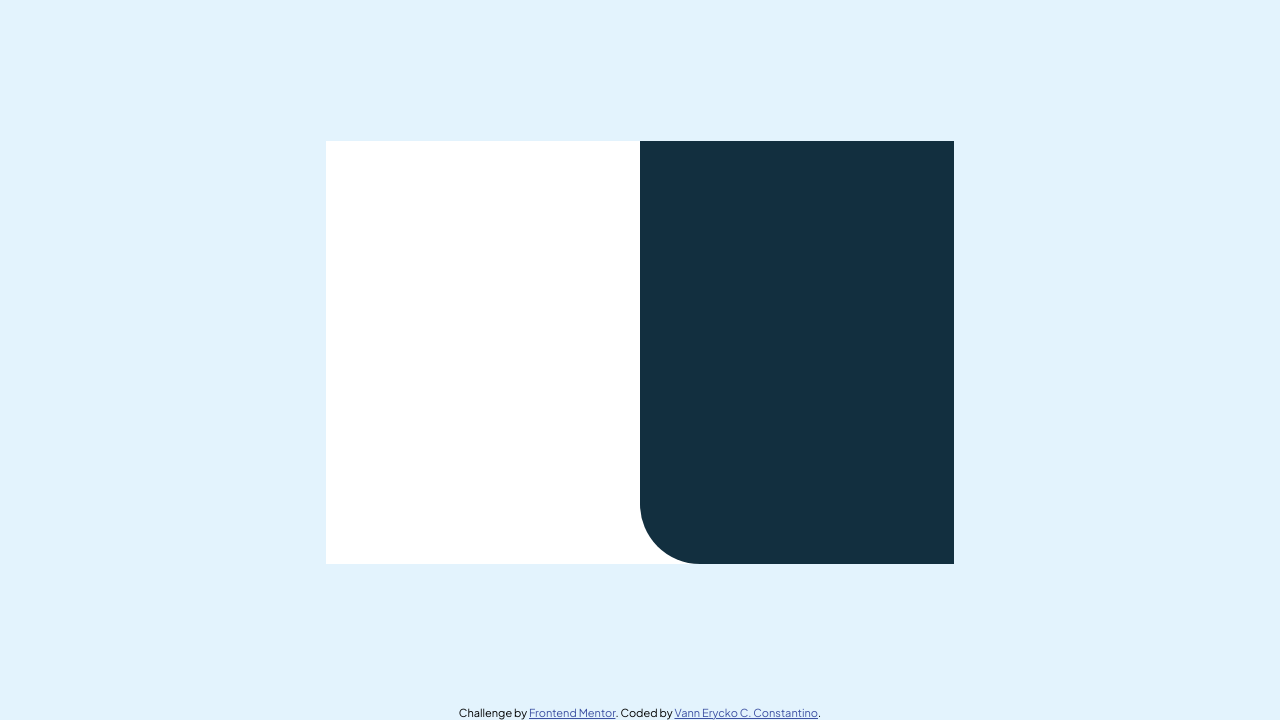
Repository: kocokoy/mortgage-repayment-calculator
Page: index.html
An editor plug-in stored every save of this project. The page is shown before and after the next save, followed by the edit.
The browser window is 1280 px wide. The pictures show the whole page.

Above is the page before, as saved 2024-10-29 09:56:24.

### index.html
<!DOCTYPE html>
<html lang="en">
<head>
  <meta charset="UTF-8">
  <meta name="viewport" content="width=device-width, initial-scale=1.0"> <!-- displays site properly based on user's device -->

  <link rel="icon" type="image/png" sizes="32x32" href="./assets/images/favicon-32x32.png">
  <link rel="stylesheet" href="/styles/style.css">
  <link rel="preconnect" href="https://fonts.googleapis.com">
<link rel="preconnect" href="https://fonts.gstatic.com" crossorigin>
<link href="https://fonts.googleapis.com/css2?family=Karla:ital,wght@0,200..800;1,200..800&family=Plus+Jakarta+Sans:ital,wght@0,200..800;1,200..800&family=Red+Hat+Text:ital,wght@0,300..700;1,300..700&display=swap" rel="stylesheet">

  <title>Frontend Mentor | Mortgage repayment calculator</title>
</head>
<body>
  <div class="container">
    <div class="container-card">
      <div class="mortgage-calculator-side"></div>
      <div class="result-side"></div>
    </div>
  </div>


  <div class="attribution">
    Challenge by <a href="https://www.frontendmentor.io?ref=challenge">Frontend Mentor</a>.
    Coded by <a href="#">Vann Erycko C. Constantino</a>.
  </div>
</body>
</html>

### styles/style.css
:root{
/* Primary */

--lime: hsl(61, 70%, 52%);
--red: hsl(4, 69%, 50%);

/* Neutral */

--white: hsl(0, 0%, 100%);
--slate100: hsl(202, 86%, 94%);
--slate300: hsl(203, 41%, 72%);
--slate500: hsl(200, 26%, 54%);
--slate700: hsl(200, 24%, 40%);
--slate900: hsl(202, 55%, 16%);
}

.attribution {
  font-size: 11px; text-align: center;
 }
.attribution a {
  color: hsl(228, 45%, 44%);
 }

body{
  margin: 0;
  padding: 0;
  font-family: Plus Jakarta Sans;
  background-color: var(--slate100);
}
.container{
  height: 98vh;
  display: flex;
  flex-direction: column;
  justify-content: center;
  align-items: center;
}
.container-card{
  display: flex;
  flex-direction: row;
  /* border: 1px solid red; */
  height: 60%;
  width: 49%;
  background-color: var(--white);

}
.mortgage-calculator-side{
height: 100%;
width: 50%;
background-color: var(--white);
border-radius: 100px;
}
.result-side{
  height: 100%;
  width: 50%;
  background-color: var(--slate900);
  border-bottom-left-radius: 60px;
}

After the next save:
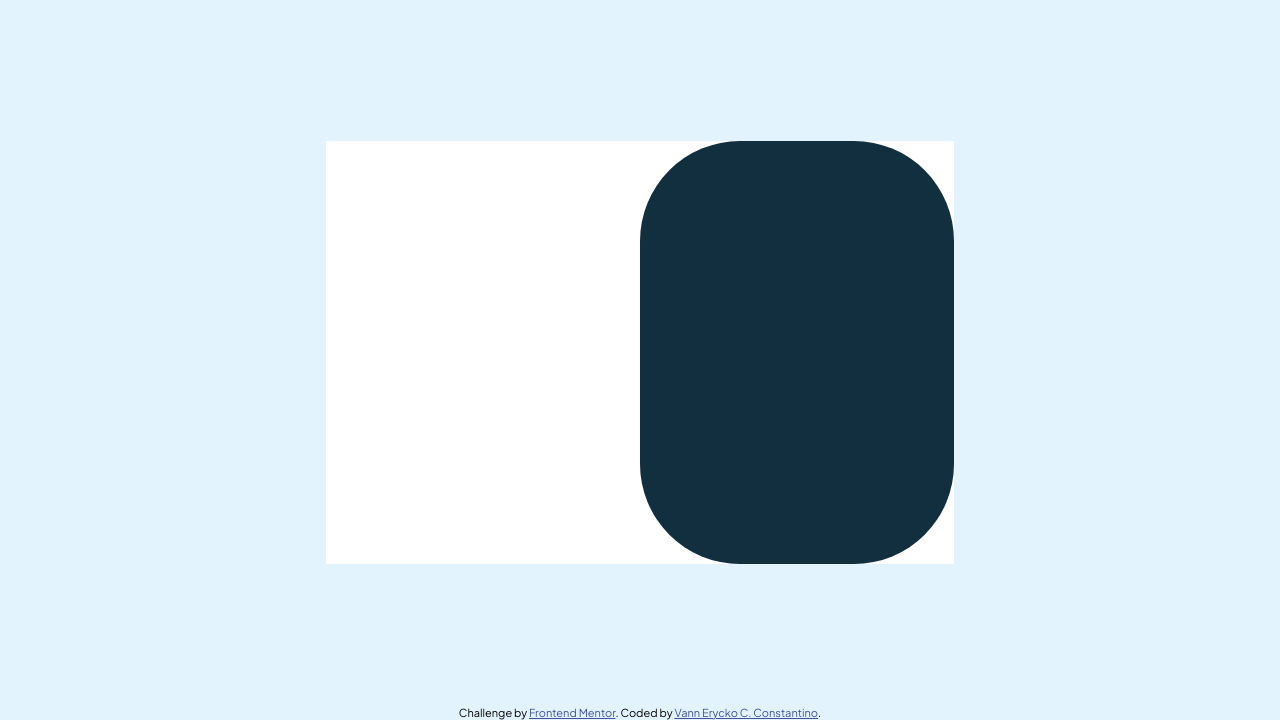
Saved 7 s later.
--- a/styles/style.css
+++ b/styles/style.css
@@ -47,11 +47,12 @@
 height: 100%;
 width: 50%;
 background-color: var(--white);
-border-radius: 100px;
+
 }
 .result-side{
   height: 100%;
   width: 50%;
   background-color: var(--slate900);
   border-bottom-left-radius: 60px;
+  border-radius: 100px;
 }

After the save that followed:
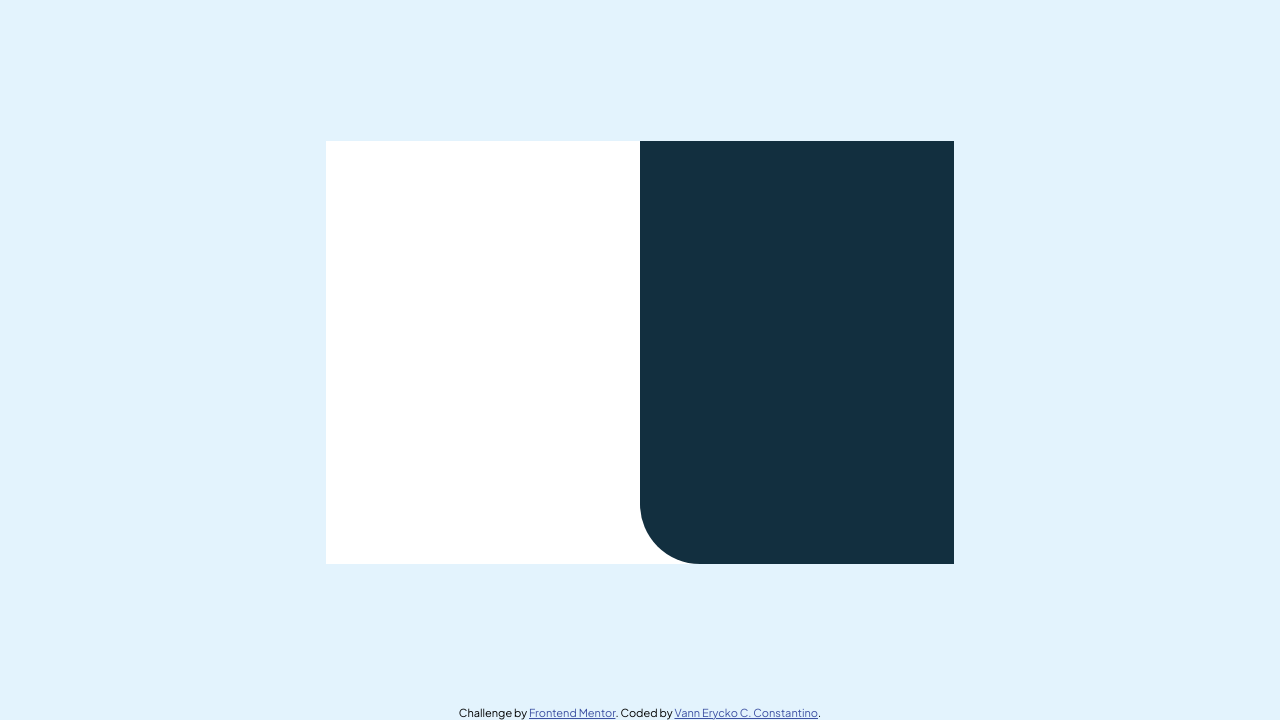
Saved 6 s later.
--- a/styles/style.css
+++ b/styles/style.css
@@ -54,5 +54,5 @@
   width: 50%;
   background-color: var(--slate900);
   border-bottom-left-radius: 60px;
-  border-radius: 100px;
+
 }
